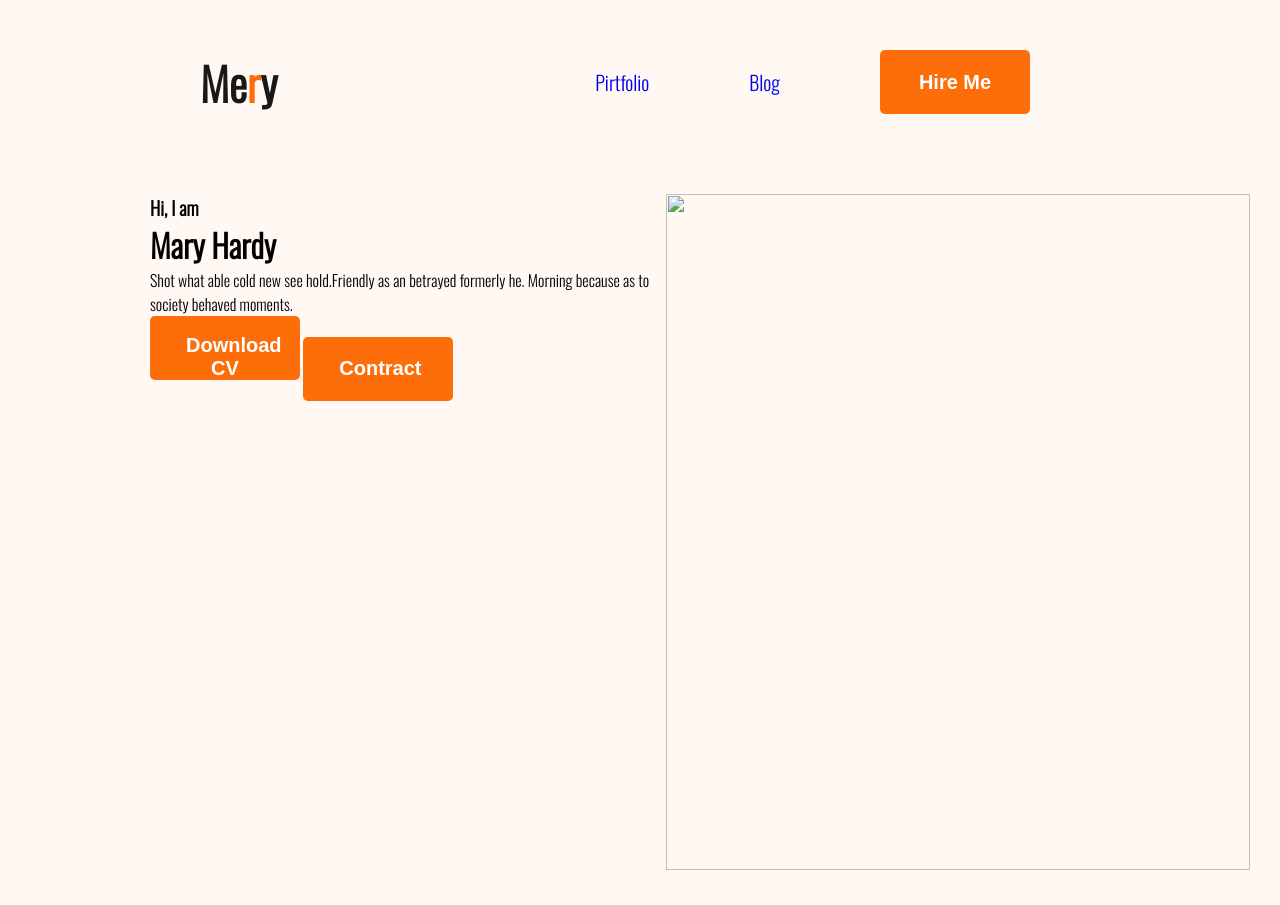
Repository: sumonkumarsarkar/my-website-personal
Page: index.html
These files come from the project's save history. The page is drawn as it stood at one moment and after the next save; the edit follows.
The browser window is 1280 px wide. The pictures show the whole page.

Above is the page before, as saved 2024-01-06 09:21:52.
Not found: images/hardy.png

### index.html
<!DOCTYPE html>
<html lang="en">
<head>
    <meta charset="UTF-8">
    <meta name="viewport" content="width=device-width, initial-scale=1.0">
    <title>My Personal Website</title>
    <link rel="preconnect" href="https://fonts.googleapis.com">
    <link rel="preconnect" href="https://fonts.gstatic.com" crossorigin>
    <link href="https://fonts.googleapis.com/css2?family=Open+Sans:wght@700;800&family=Oswald:wght@300&display=swap" rel="stylesheet">
    <link rel="stylesheet" href="./style.css">
</head>
<body>
    <header class="header">
        <nav>
            <h3 class="nav-title">Me<span class="text-primary">r</span>y</h3>
            <ul>
                <li ><a href="#">Pirtfolio</a></li>
                <li ><a href="#">Blog</a></li>
                <li ><button type="button" class="btn-button">Hire Me</button></li>
            </ul>
        </nav>

        <div class="banner">
            <div>
                <h3>Hi, I  am</h3>
                <h1>Mary Hardy</h1>
                <p>Shot what able cold new see hold.Friendly as an betrayed formerly he. Morning because as to society behaved moments.</p>
                <button class="btn-button">Download CV</button>
                <button class="btn-button" type="button">Contract</button>
            </div>
            <div>
                <img class="profile-picture" src="./   images/hardy.png" alt="">
            </div>

        </div>
    </header>
</body>
</html>

### style.css
*{
    margin: 0;
    padding: 0;
}
body{
    font-family: 'Open Sans', sans-serif;
      font-family: 'Oswald', sans-serif;
}
nav{
    display: flex;
   align-items: center;
    justify-content:space-between;
    margin: 0 200px;
}

.nav-title{
    font-size:45px;
    color:#181818;
    line-height: normal;
    font-weight: 800;
}
.text-primary{

    color:#FD6E0A;

}
nav ul{
    display:flex;
   align-items: center;
}
nav a{
    text-decoration:none;
}
nav li{
 list-style: none;
 margin:50px;
font-size:20px;
color:#474747;
text-align:center;
}

.btn-button{
    height:64px;
    width: 150px;
    color: #ffff;
    background: #FD6E0A;
    border-radius: 5px;
    font-size: 20px;
    border:0;
    font-weight: 700;
    padding: 18px 36px;
}

.header{

    background: #FFF8F3;
}
.banner{
    padding: 30px 30px 30px 150px;
    display: flex;
}
.profile-picture{
    height: 676px;
    width: 584px;
}

After the next save:
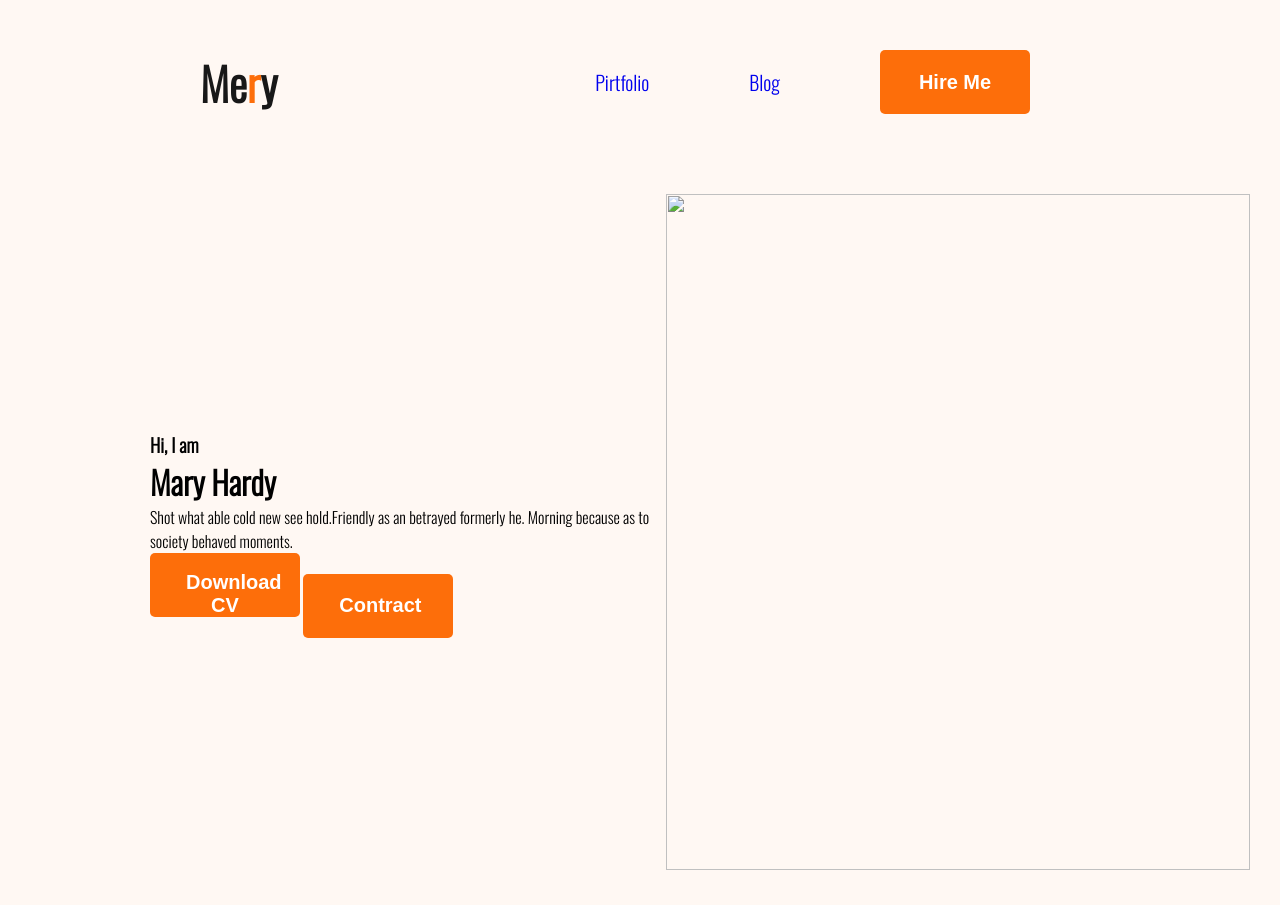
Saved 53 s later.
--- a/style.css
+++ b/style.css
@@ -58,8 +58,9 @@ text-align:center;
 .banner{
     padding: 30px 30px 30px 150px;
     display: flex;
+    align-items: center;
 }
-.profile-picture{
-    height: 676px;
+.banner .profile-picture{
+    height:676px;
     width: 584px;
 }
